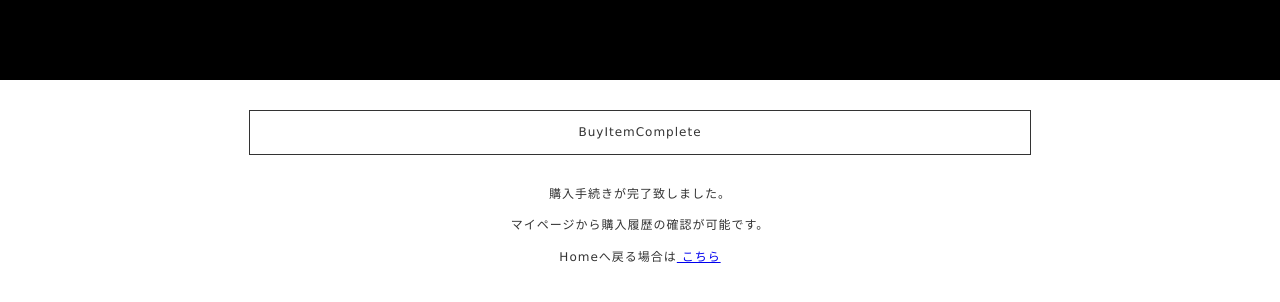
Repository: Wildbird-Yachou/test
Page: http://localhost/ecsite/buyItemComplete.jsp
These files come from the project's save history. The page is drawn as it stood at one moment and after the next save; the edit follows.
The browser window is 1280 px wide. The pictures show the whole page.
The page is served by Tomcat 9.

Above is the page before, as saved 2018-09-26 12:16:20.

After the next save:
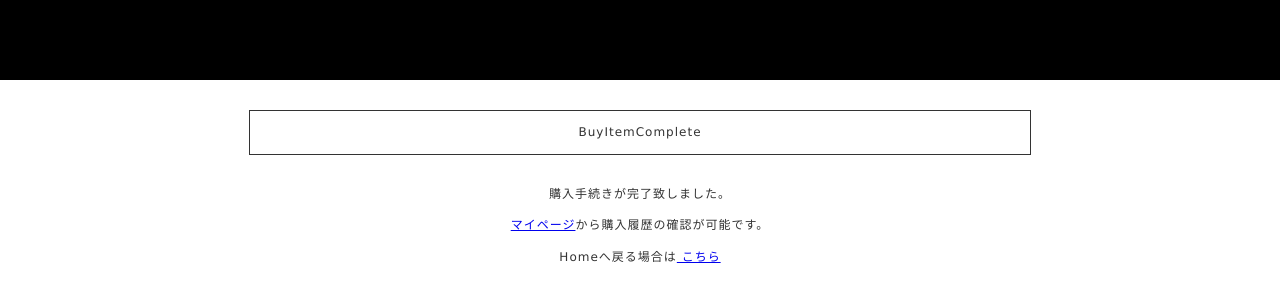
Saved 14 s later.
--- a/ecsite/WebContent/buyItemComplete.jsp
+++ b/ecsite/WebContent/buyItemComplete.jsp
@@ -68,7 +68,7 @@
 <div>
  <p>購入手続きが完了致しました。</p>
  <div>
-  <a href'<s:url action="MyPageAction" />'>
+  <a href='<s:url action="MyPageAction" />'>
    マイページ</a><span>から購入履歴の確認が可能です。</span>
   <p>Homeへ戻る場合は<a href='<s:url action="GoHomeAction" />'>
    こちら</a></p>
